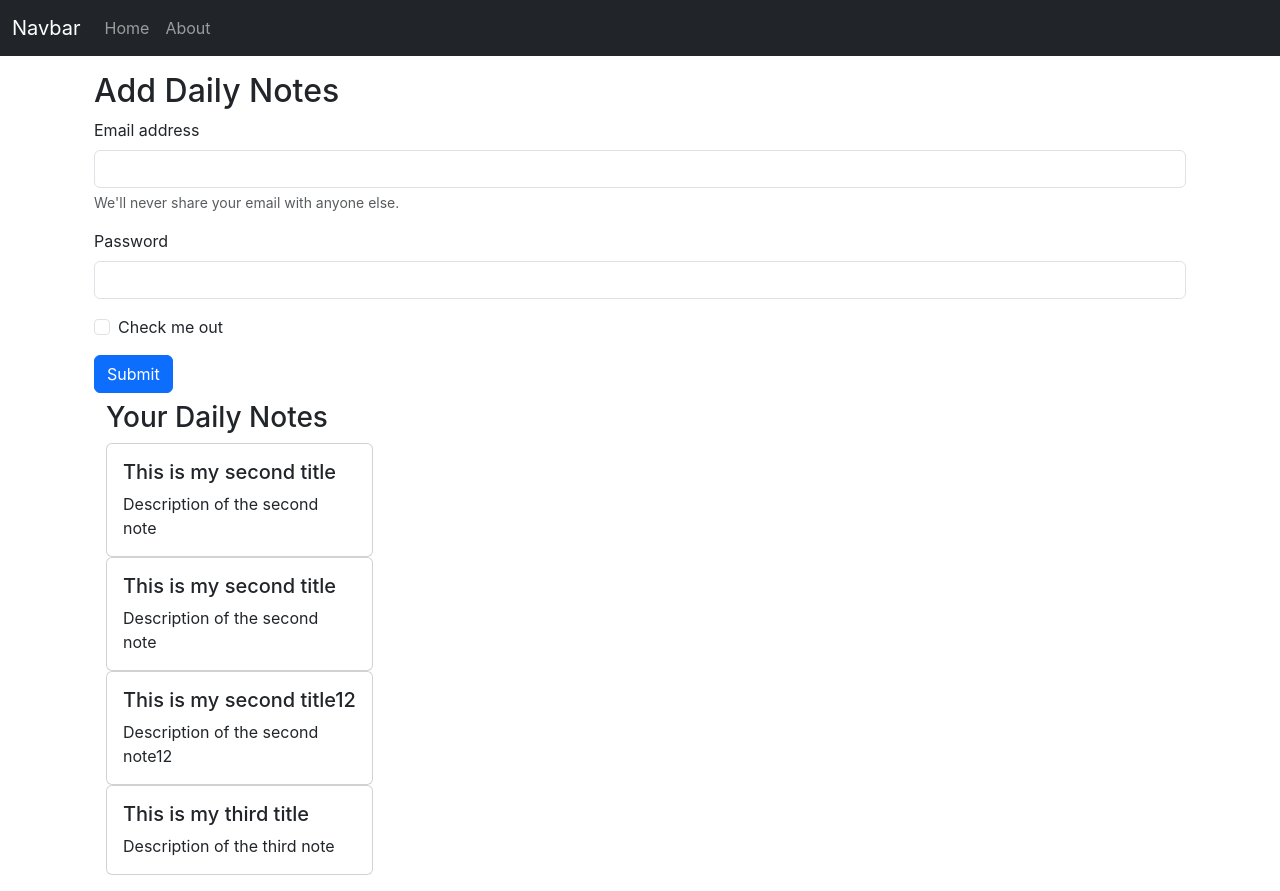
Repository: alphacode77/DailyNotes-react
Page: /
These files come from the project's save history. The page is drawn as it stood at one moment and after the next save; the edit follows.
The browser window is 1280 px wide. The pictures show the whole page.
The project was rebuilt for these pictures with package versions that can differ from the ones it lists, and the page was loaded fresh each time. Also part of the build but not shown: src/App.css, src/components/About.js.

Above is the page before, as saved 2023-02-25 00:36:40.

### src/App.js
import './App.css';
import Navbar from './components/Navbar';
import Home from './components/Home';
import About from './components/About';
import NoteState from './Context/Notes/NoteState';
import {
  BrowserRouter as Router,
  Route,
  Routes
} from "react-router-dom";

function App() {
  return (
    <>
    <NoteState>
    <Router>
      <Navbar/>
    <div className='container'>
    <Routes>
      <Route exact path="/" element={<Home/>} />
      <Route exact path="/home" element={<Home/>} />
      <Route exact path="/about" element={<About/>} />
      {/* <Route exactPath="/navbar" element={<Navbar/>} /> */}
    </Routes>
    </div>
  </Router>
  </NoteState>
    </>

  );
}

export default App;

### src/components/Navbar.js
import React, { useEffect }  from 'react'
import { Link , useLocation} from 'react-router-dom'

const Navbar = ()=>{
  let location = useLocation();
  useEffect(()=>{
console.log(location.pathname)
  },[location])
  return (
     <>
     <nav className="navbar navbar-expand-lg navbar-dark  bg-dark">
  <div className="container-fluid">
    <Link className="navbar-brand" to="/">Navbar</Link>
    <button className="navbar-toggler" type="button" data-bs-toggle="collapse" data-bs-target="#navbarSupportedContent" aria-controls="navbarSupportedContent" aria-expanded="false" aria-label="Toggle navigation">
      <span className="navbar-toggler-icon"></span>
    </button>
    <div className="collapse navbar-collapse" id="navbarSupportedContent">
      <ul className="navbar-nav me-auto mb-2 mb-lg-0">
        <li className="nav-item">
          <Link className={`nav-link  ${location.pathname==="/home"?"active":""}`} aria-current="page" to="/home">Home</Link>
        </li>
        <li className="nav-item">
          <Link className={`nav-link ${location.pathname==="/about"?"active":""}`} to="/about">About</Link>
        </li>
      </ul>
    </div>
  </div>
</nav>
     </>
    )
}

export default Navbar

### src/components/Home.js
import React from "react"
import Notes from "./Notes"

const Home =()=>{

    return(
        <>
        <div className="container my-3">
            <h2> Add Daily Notes</h2>
        <form className="my-2">
  <div class="mb-3">
    <label for="exampleInputEmail1" class="form-label">Email address</label>
    <input type="email" class="form-control" id="exampleInputEmail1" aria-describedby="emailHelp"/>
    <div id="emailHelp" class="form-text">We'll never share your email with anyone else.</div>
  </div>
  <div class="mb-3">
    <label for="exampleInputPassword1" class="form-label">Password</label>
    <input type="password" class="form-control" id="exampleInputPassword1"/>
  </div>
  <div class="mb-3 form-check">
    <input type="checkbox" class="form-check-input" id="exampleCheck1"/>
    <label class="form-check-label" for="exampleCheck1">Check me out</label>
  </div>
  <button type="submit" class="btn btn-primary">Submit</button>
</form>
<Notes/>
</div>

        </>
    )
}

export default Home

### src/Context/Notes/NoteState.js
import React,{useState} from "react";
import NoteContext from "./NoteContext"


const NoteState = (props)=>{
   const initalNotes= [
    {
      "_id": "63f3b6c7c686985aada677be",
      "user": "63f20b9a00ad623ad3d4dae2",
      "title": "This is my second title",
      "description": "Description of the second note",
      "tag": "demo check",
      "date": "2023-02-20T18:07:03.296Z",
      "__v": 0
    },
    {
      "_id": "63f3b892a3086ff244bcc267",
      "user": "63f20b9a00ad623ad3d4dae2",
      "title": "This is my second title",
      "description": "Description of the second note",
      "tag": "demo check",
      "date": "2023-02-20T18:14:42.184Z",
      "__v": 0
    },
    {
      "_id": "63f3b89ca3086ff244bcc26b",
      "user": "63f20b9a00ad623ad3d4dae2",
      "title": "This is my second title12",
      "description": "Description of the second note12",
      "tag": "demo check",
      "date": "2023-02-20T18:14:52.449Z",
      "__v": 0
    },
    {
      "_id": "63f49f58882156f0ed94969e",
      "user": "63f20b9a00ad623ad3d4dae2",
      "title": "This is my third title",
      "description": "Description of the third note",
      "tag": "personal",
      "date": "2023-02-21T10:39:20.800Z",
      "__v": 0
    }
  ]
  const [notes,setNotes]=useState(initalNotes)
    return (
        <NoteContext.Provider value={{notes,setNotes}}>
            {props.children}
        </NoteContext.Provider>

    )
}

export default NoteState;

### src/components/Notes.js
import React,{useContext} from 'react'
import NoteContext from '../Context/Notes/NoteContext'
import Noteitem from "./Noteitem"

function Notes() {
    const context=useContext(NoteContext)
    const{notes,setNotes} = context
  return (
<div className="container my-2">
    <h3>Your Daily Notes</h3>
    {notes.map((notes)=>{
        return <Noteitem note={notes}/>
    })}
</div>
  )
}

export default Notes

### src/Context/Notes/NoteContext.js
import {createContext} from 'react'

const NoteContext = createContext();

export default NoteContext;

### src/components/Noteitem.js
import React from 'react'

const Noteitem=(props)=> {
    const {note}=props
  return (
    <div className='col-md-3'>
        <div className='card'>
            <div className='card-body'>
                <h5 className='card-title'>{note.title}</h5>
                    <p className='card-text'>{note.description}</p>
            </div>
        </div>
    </div>
  )
}

export default Noteitem

Loaded but not shown: public/index.html (common file); src/index.js (common file); src/index.css (common file)

After the next save:
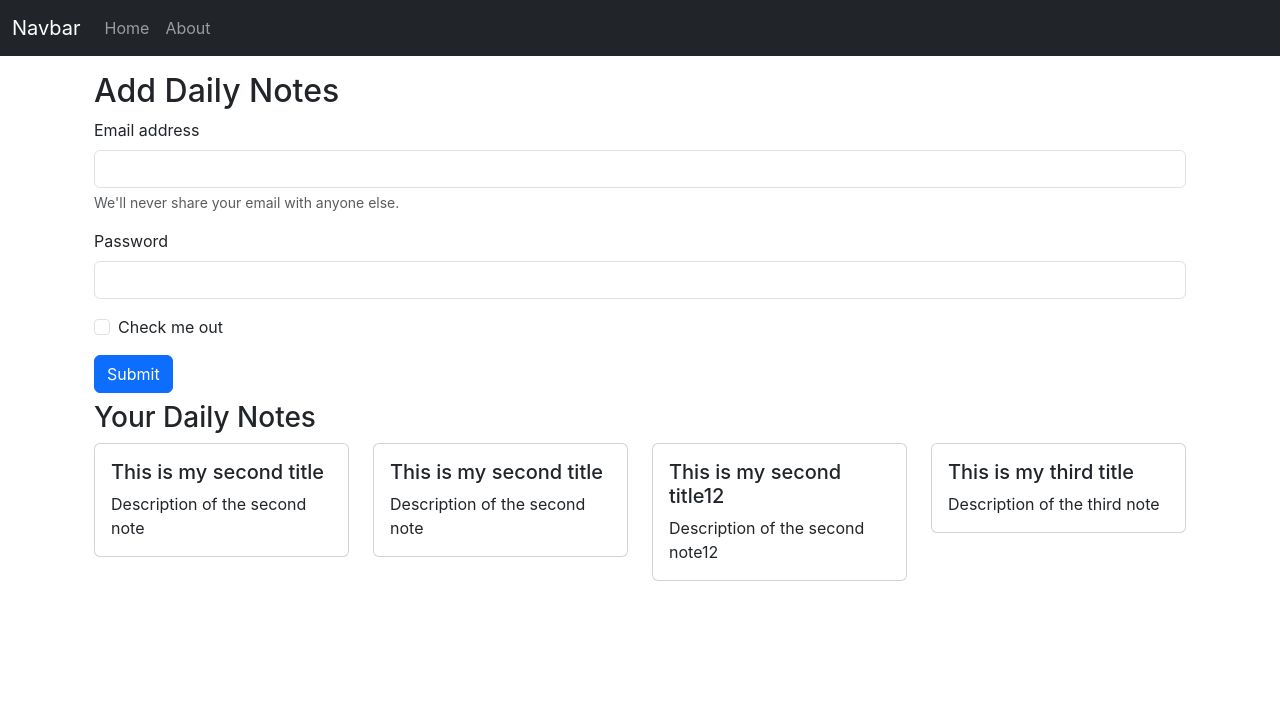
Saved 12 s later.
--- a/src/components/Notes.js
+++ b/src/components/Notes.js
@@ -6,7 +6,7 @@ function Notes() {
     const context=useContext(NoteContext)
     const{notes,setNotes} = context
   return (
-<div className="container my-2">
+<div className="row my-2">
     <h3>Your Daily Notes</h3>
     {notes.map((notes)=>{
         return <Noteitem note={notes}/>
